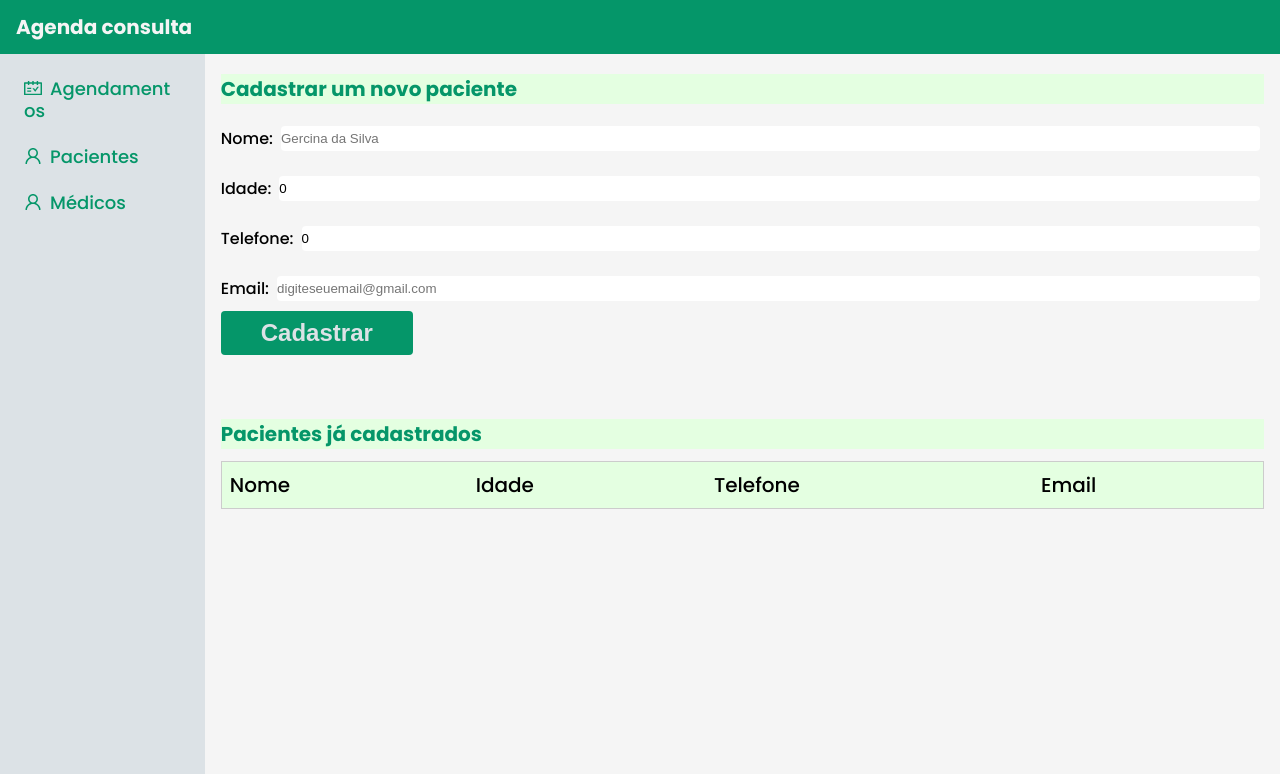
Repository: BarbaraCD/agendaconsulta
Page: /patients
An editor plug-in stored every save of this project. The page is shown before and after the next save, followed by the edit.
The browser window is 1280 px wide. The pictures show the whole page.
The page's requests for data from a server got no answer. The project was rebuilt for these pictures with package versions that can differ from the ones it lists, and the page was loaded fresh each time. No one was signed in, and anything a server would have sent is missing. Also part of the build but not shown: vite.config.ts, src/styles/StyleList.ts, src/components/Doctors.tsx, src/services/doctor.services.ts, src/components/InputDoctors.tsx, src/components/CreateDoctor.tsx, src/components/Patients.tsx, src/styles/Appointments.ts and 3 more.

Above is the page before, as saved 2023-08-07 10:02:14.

After the next save:
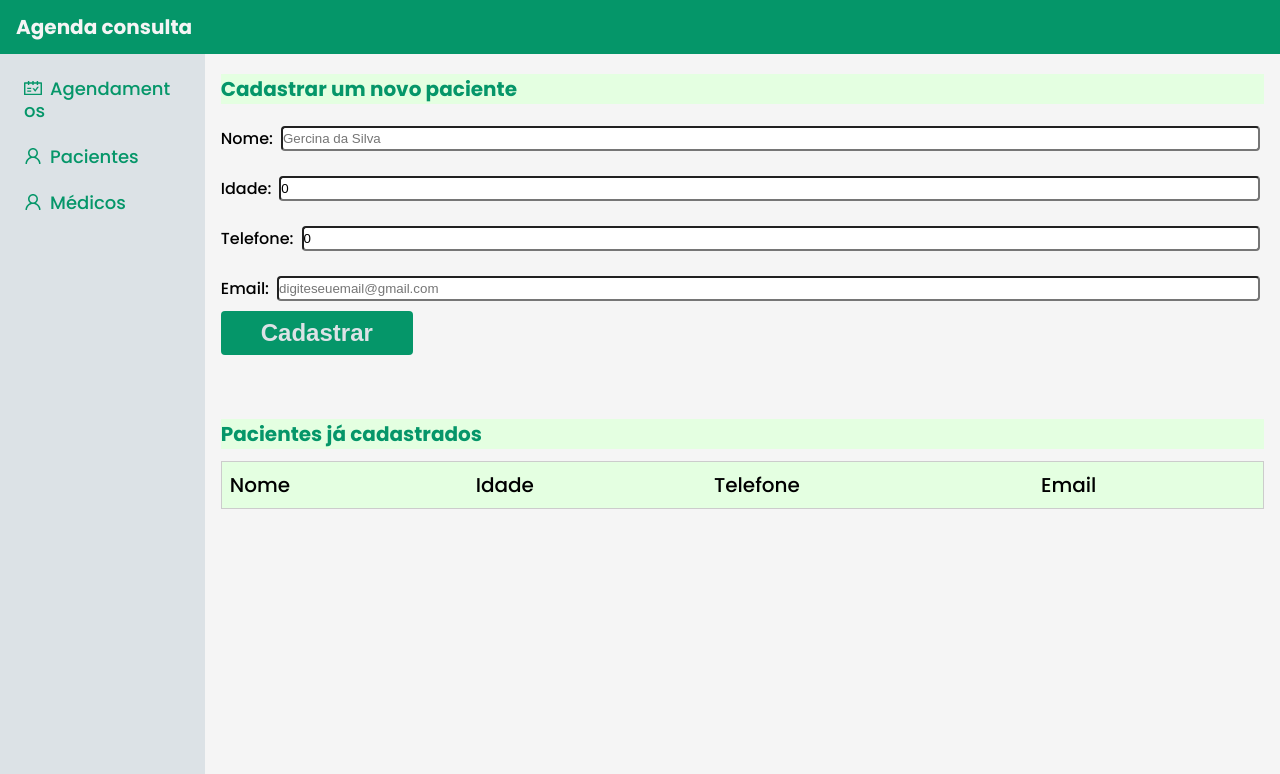
Saved 45 s later.
--- a/src/styles/InputContainer.ts
+++ b/src/styles/InputContainer.ts
@@ -28,7 +28,6 @@ export const InputContainer = styled.div`
     width: 100%;
     margin-left: 8px;
     border-radius: 4px;
-    border: ${(props) => props.theme.colors[100]};
     overflow: scroll;
   }
 `

After the save that followed:
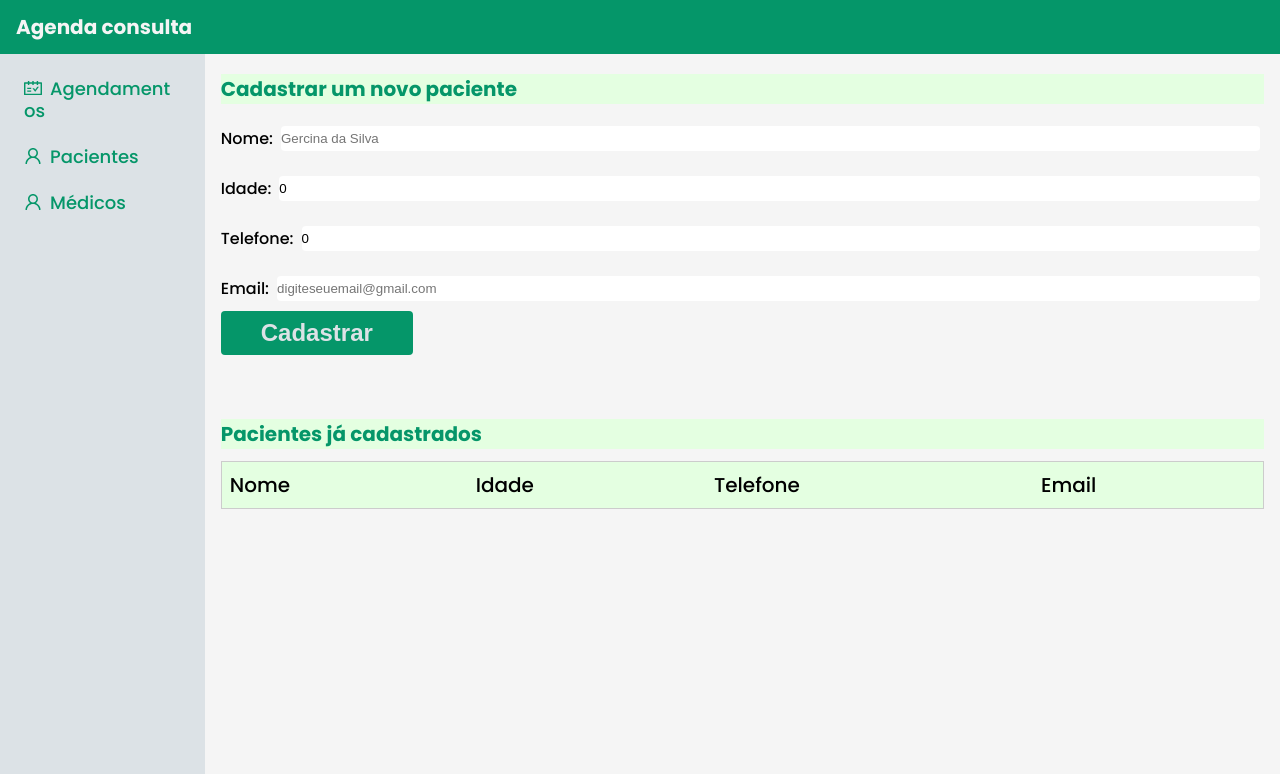
Saved 21 s later.
--- a/src/styles/InputContainer.ts
+++ b/src/styles/InputContainer.ts
@@ -28,6 +28,7 @@ export const InputContainer = styled.div`
     width: 100%;
     margin-left: 8px;
     border-radius: 4px;
+    border: none;
     overflow: scroll;
   }
 `
